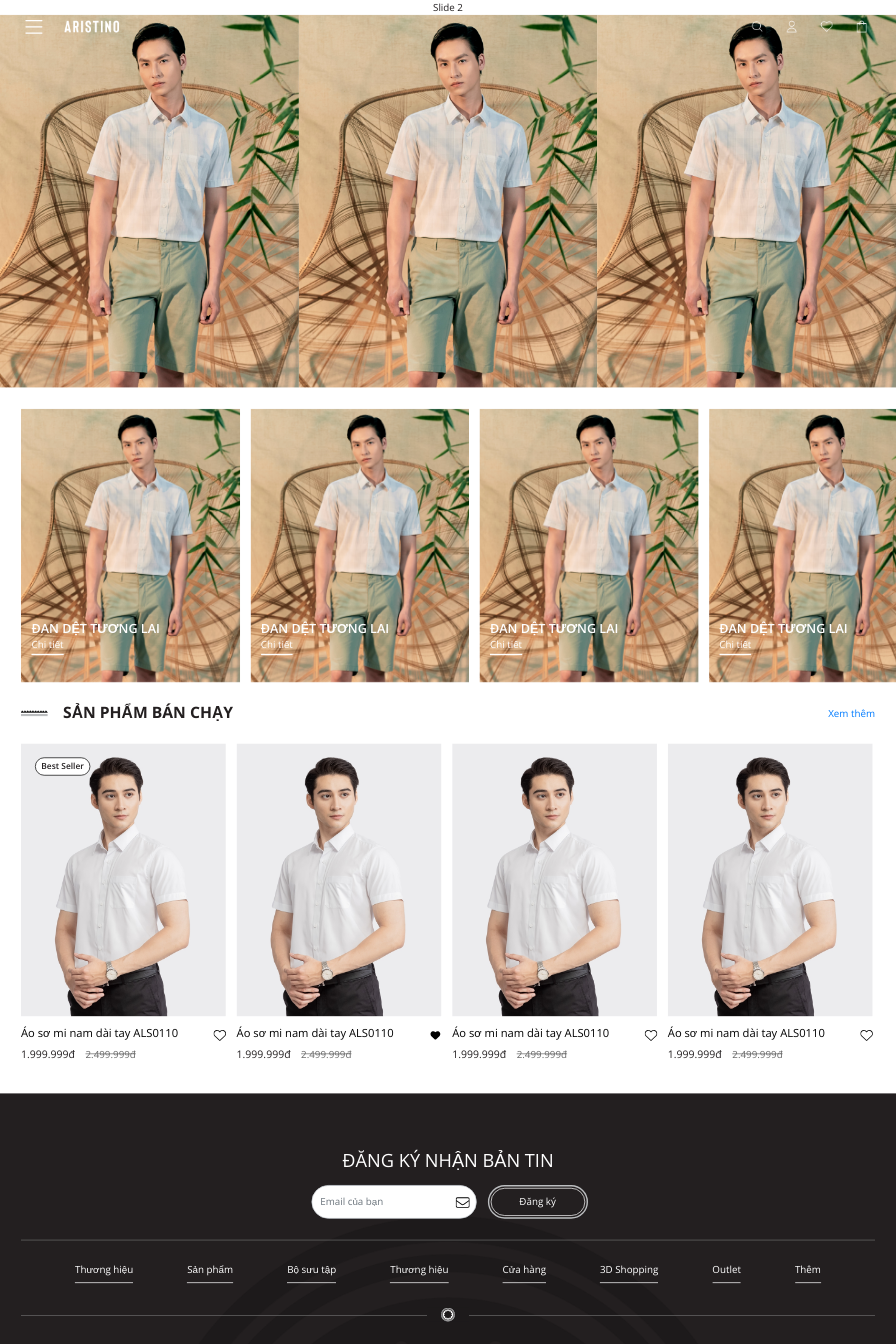
Repository: linhlvtn/aristino
Page: index.html
The author's editor kept a copy of each file at every save. The page is drawn from the files as they stood at one save, then again after the next save.
The browser window is 1280 px wide. The pictures show the part of the page from y = 0 to 1920 px (the page is 2065 px tall before and 2755 px after), at 70% of full size.

Above is the page before, as saved 2023-09-11 07:16:05.
Console error: TypeError: Cannot read properties of null (reading 'addEventListener')

After the next save:
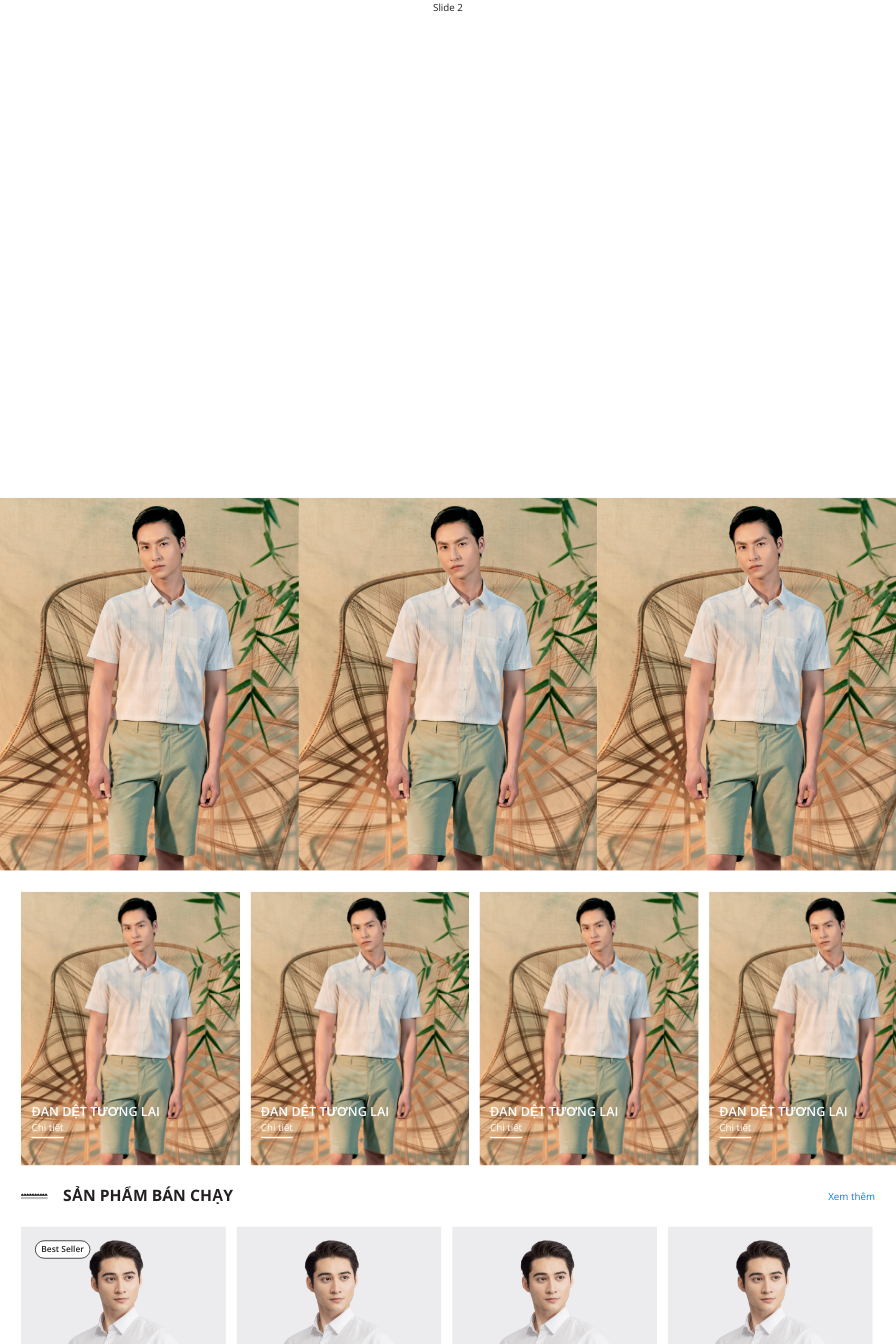
Saved 13 s later.
--- a/index.html
+++ b/index.html
@@ -84,7 +84,11 @@
                 <!-- <img src="assets/images/Banner.png" alt=""> -->
                 <div class="slider-container">
                     <div class="slider">
-                        <div class="slide">Slide 1</div>
+                        <div class="slide">
+                            <a href="">
+                                <img src="assets/images/Banner.png" alt="">
+                            </a>
+                        </div>
                         <div class="slide">Slide 2</div>
                         <div class="slide">Slide 3</div>
                         <!-- Thêm các slide khác tại đây -->
